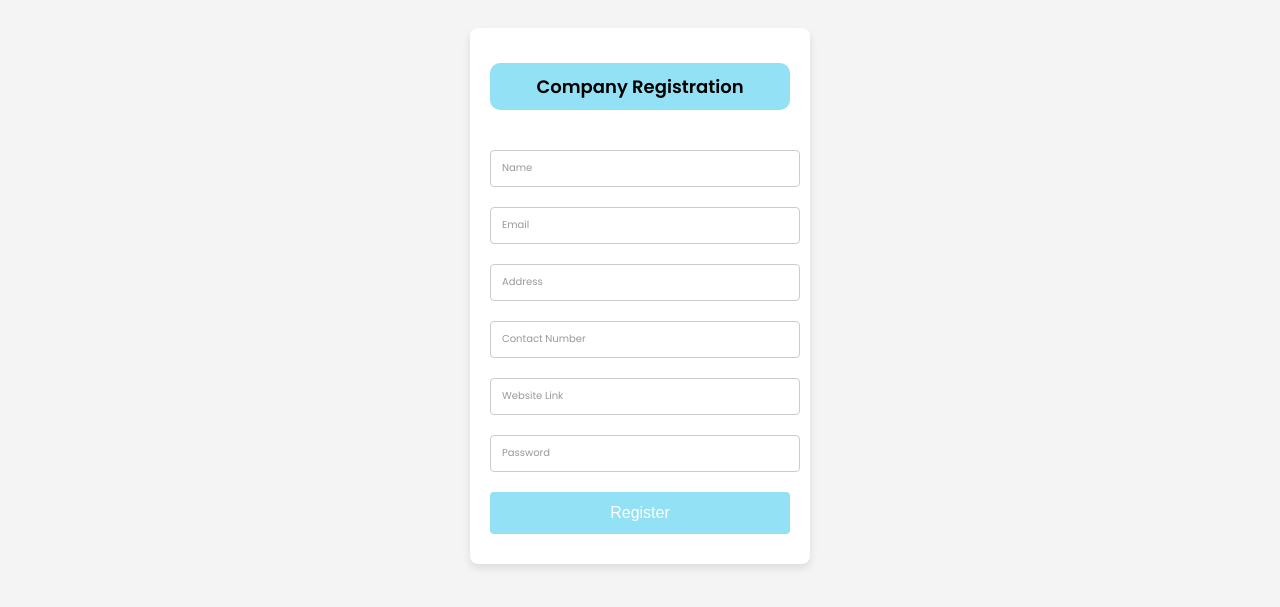
Repository: parthsabhani/Job_Portal_JSP_Servlet
Page: http://localhost/Job_Portal/companyRegistration.jsp
An editor plug-in stored every save of this project. The page is shown before and after a run of saves, followed by the edit.
The browser window is 1280 px wide. The pictures show the whole page.
The pointer rests on the first visible `h2`.
The page is served by Tomcat 10.

Above is the page before, as saved 2025-04-22 08:44:49.

After the next 2 saves:
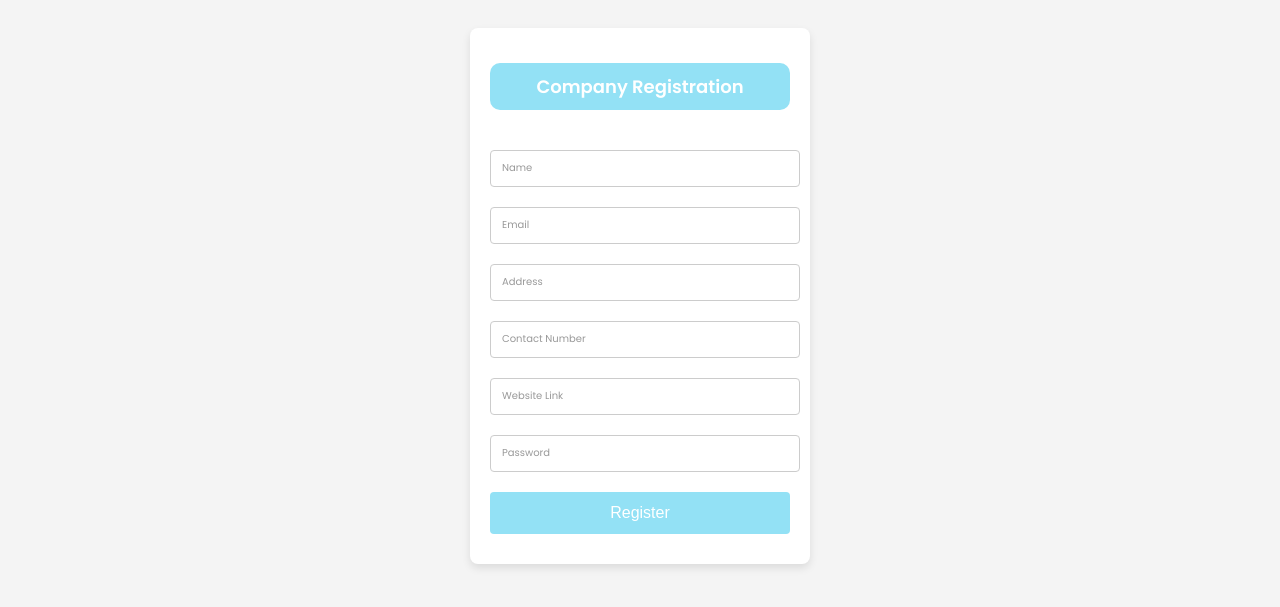
The 2 saves are shown as one change because they came seconds apart.
The last was saved 9 s later.
--- a/Job_Portal/src/main/webapp/companyRegistration.jsp
+++ b/Job_Portal/src/main/webapp/companyRegistration.jsp
@@ -40,6 +40,10 @@ h2 {
 	padding: 10px;
 	border-radius: 10px;
 	margin-bottom: 40px;
+}
+
+h2:hover{
+	color: white;
 }
 
 form {
